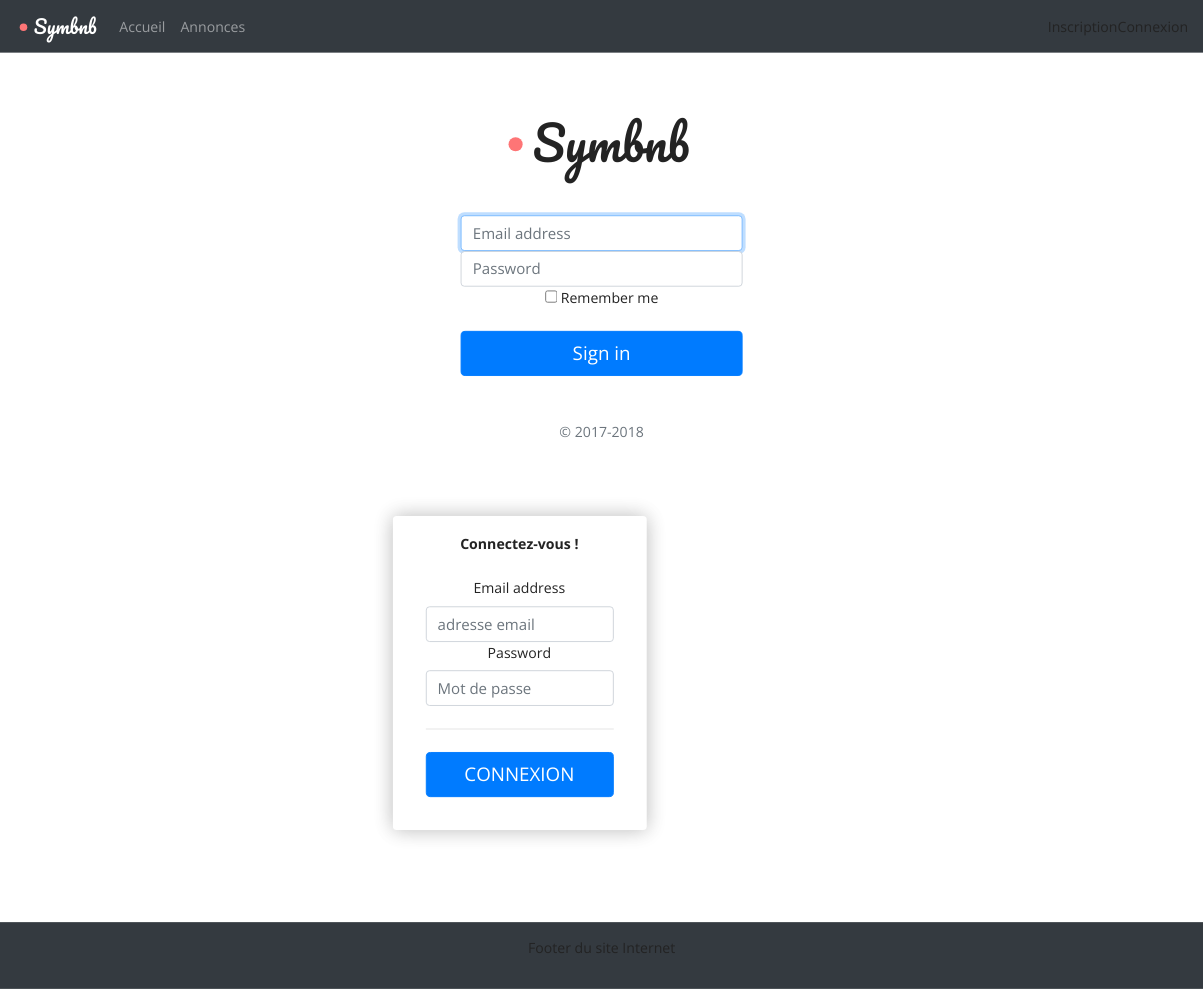
Repository: buzzEclair/symbnb
Page: templates/account/login.html.twig
An editor plug-in stored every save of this project. The page is shown before and after the next save, followed by the edit.
The browser window is 1280 px wide. The pictures show the whole page, at 94% of full size.
The page is a Twig template of a Symfony application; nobody is signed in and links lead nowhere. The template is opened directly, without the code that normally fills it, so the values that code supplies are empty.

Above is the page before, as saved 2019-03-15 14:10:22.

### templates/account/login.html.twig
{% extends 'base.html.twig' %}

{% block title %}Connectez vous !{% endblock %}

{% block body %}
<div class="container text-center">
        <form class="form-signin">
                <h1 class="logo mb-5">Symbnb</h1>

                {% if hasError %}
                    <div class="alert alert-danger">Une erreur est survenue, le nom d'utilisateur est invalide</div>
                 {% endif %}
                <label for="inputEmail" class="sr-only">Email address</label>
                <input type="email" id="inputEmail" class="form-control" placeholder="Email address" required="" autofocus="">
                <label for="inputPassword" class="sr-only">Password</label>
                <input type="password" id="inputPassword" class="form-control" placeholder="Password" required="">
                <div class="checkbox mb-3">
                  <label>
                    <input type="checkbox" value="remember-me"> Remember me
                  </label>
                </div>
                <button class="btn btn-lg btn-primary btn-block" type="submit">Sign in</button>
                <p class="mt-5 mb-3 text-muted">© 2017-2018</p>
              </form>
    <div class="row">
        <div class="col-sm-9 col-md-7 col-lg-5 mx-auto">
            <div class="card card-signin my-5">
            <div class="card-body">
                <h5 class="card-title text-center">Connectez-vous !</h5>



                <form class="form-signin" action="{{ path('account_login') }}" method="POST">
                <div class="form-label-group">
                    <label for="email">Email address</label>

                    <input type="text" class="form-control" name="_username" id="email" placeholder="adresse email" required autofocus value={{username}}>
                </div>

                <div class="form-label-group">
                    <label for="password">Password</label>
                    <input type="password" name="_password" id="password" placeholder="Mot de passe" class="form-control" required >

                </div>

                <hr class="my-4">
                <button class="btn btn-lg btn-primary btn-block text-uppercase" type="submit">Connexion</button>
                </form>
            </div>
            </div>
        </div>
    </div>
</div>
{% endblock %}

### templates/base.html.twig
<!DOCTYPE html>
<html>
    <head>
        <meta charset="UTF-8">
        <title>{% block title %}Welcome!{% endblock %}</title>
        <link rel="stylesheet" href="/css/bootstrap.min.css">
        <link rel="stylesheet" href="https://use.fontawesome.com/releases/v5.7.2/css/all.css" integrity="sha384-fnmOCqbTlWIlj8LyTjo7mOUStjsKC4pOpQbqyi7RrhN7udi9RwhKkMHpvLbHG9Sr" crossorigin="anonymous">
        <link href="https://fonts.googleapis.com/css?family=Open+Sans:400,600,700" rel="stylesheet">
        <link href="https://fonts.googleapis.com/css?family=Pacifico" rel="stylesheet">

        <link rel="stylesheet" href="/css/base.css">
        {% block stylesheets %}{% endblock %}
    </head>
    <body>

        {% include 'partials/header.html.twig' %}


        {% block body %}{% endblock %}
        {% include 'partials/footer.html.twig' %}
        <script src="/js/jquery.min.js"></script>
        <script src="/js/popper.min.js"></script>
        <script src="/js/bootstrap.min.js"></script>
        {% block javascripts %}{% endblock %}
    </body>
</html>

### templates/partials/header.html.twig
<nav class="navbar navbar-expand-md navbar-dark bg-dark">
    <a class="navbar-brand logo" href="{{path('homepage')}}"><span class="round-logo"></span>Symbnb</a>


    {% if is_granted('ROLE_ADMIN') %}
    <a href="{{path('admin_dashboard')}}">Dashboard</a>
    {% endif %}
    <button class="navbar-toggler" type="button" data-toggle="collapse" data-target="#navbarColor01" aria-controls="navbarColor01" aria-expanded="false" aria-label="Toggle navigation">
        <span class="navbar-toggler-icon"></span>
    </button>

    <div class="collapse navbar-collapse" id="navbarColor01">
        <ul class="navbar-nav mr-auto">
            <li class="">
                <a class="nav-link" href="{{path('homepage')}}">Accueil </a>
            </li>
            <li class="">
                <a class="nav-link" href="{{path('ads_index')}}">Annonces </a>
            </li>
        </ul>

        <ul class="navbar-nav ml-auto">
            {% if app.user %}
            <div class="dropdown">
                <button class="btn btn-dark dropdown-toggle btn-sm" type="button" id="dropdownMenuButton" data-toggle="dropdown" aria-haspopup="true" aria-expanded="false">
                    <img src="{{ app.user.picture }}" alt="{{ app.user.slug }}" class="rounded-circle user-avatar-nav" > {{app.user.firstName}}
                </button>
                <div class="dropdown-menu dropdown-menu-right dropdown-account" aria-labelledby="dropdownMenuButton ">
                    <a class="dropdown-item" href="{{ path('account_index') }}"><i class="fas fa-user-circle"></i> Mon compte</a>
                    <div class="dropdown-divider"></div>
                    <a class="dropdown-item" href="{{ path('ads_create') }}"><i class="fas fa-list-alt"></i> Créer une annonce</a>
                    <a class="dropdown-item" href="{{ path('account_bookings') }}"><i class="fas fa-book"></i> Mes réservations</a>
                    <a class="dropdown-item" href="{{ path('account_profile') }}"><i class="fas fa-info-circle"></i> Modifier mes informations</a>
                    <a class="dropdown-item" href="{{ path('account_update_password') }}"><i class="fas fa-key"></i> Changer de mot de passe</a>

                    <div class="dropdown-divider"></div>
                    <a class="dropdown-item" href="{{ path('account_logout') }}"><i class="fas fa-times-circle"></i> Logout</a>
                </div>
            </div>
            {% else %}
                <li class="nav-item">
                    <a href="{{ path('account_register') }}">Inscription</a>
                </li>
                <li class="nav-item">
                    <a href="{{ path('account_login') }}">Connexion</a>
                </li>
            {% endif %}

        </ul>

    </div>
</nav>

{% for label, messages in app.flashes %}
    <div class="container">
        <div class="alert alert-{{label}}">
            {% for message in messages %}
                <p>{{ message | raw }}</p>
            {% endfor %}
        </div>
    </div>
{% endfor %}

### templates/partials/footer.html.twig
<footer class="mt-5 bg-dark py-3 text-center mt-5">
    <p>Footer du site Internet</p>
</footer>

### public/css/base.css
body, a{
    color: #232323;
    font-family: 'Open Sans', sans-serif;
    font-size: 15px;
}

.logo{
    font-family: 'Pacifico', cursive;
    font-size: 20px;
    position: relative;
    margin-left: 20px;
}

.logo::before{
    content: '';
    position: absolute;
    width: 8px;
    height: 8px;
    border-radius: 100%;
    background: #fe7576;
    margin-top: 12px;
    margin-left: -15px;;
}

ul{
    padding: 0;
}

ul li{
    list-style: none;
}
.card-parameter-stars i{
    color: #008489;
    font-size: 12px;
    letter-spacing: -3px;
}

.datepicker table tr td.disabled{
    color: crimson !important;
    background: rgba(0, 0, 0, 0.815);
}

.container{
    margin-top: 50px;
}

.card{
    max-width: 270px;
    border: none;
    margin-bottom: 50px !important;
    box-shadow: 1px 1px 21px 0 rgba(0,0,0,0.14), -1px -1px 21px 0 rgba(0,0,0,0.14);
    transition-duration: 0.5s;
}

.card h6{
   font-size: 13px;
   font-weight: 600;
}

.card h5{
   font-size: 15px;
   font-weight: 900;
}

.card-ad img{
    min-height: 160px;
}

.card:hover{
    box-shadow: 1px 1px 21px rgba(254,117,118,0.4), -1px -1px 21px 0 rgba(254,117,118,0.4);
}

.card-info-1{
    font-size: 13px;
}

.card-info-2{
    font-size: 13px;
    font-weight: 600;
    margin-bottom: 0;
}

a:hover{
    text-decoration: none;
    color: #232323;
}

.title-page-header{
    margin-bottom: 40px;
}

.user-avatar-nav{
    width: 30px;
    margin-right: 5px;
}

.dropdown-account i {
    color: #008489;
}

.block-profile{
    box-shadow: 1px 1px 21px 0 rgba(0, 0, 0, 0.062), -1px -1px 21px 0 rgba(0, 0, 0, 0.062);
    border-radius: 4px;
    padding: 10px;
    margin-bottom: 30px;
}

.block-profile p{
    margin-bottom: 5px;
}

.block-profile .booking-profile .booking-profile-ligne{
    background: #f3f3f3;
    height: 80px;
    width: 100%;
    border-radius: 4px;
    display: flex;
    align-items: center;
    margin-bottom: 5px;
    margin-top: 5px;
}

.block-profile .booking-profile .booking-profile-ligne img{
    width: 60px;
    height: 60px;
    border-radius: 100%;
}

.block-profile .booking-profile .booking-profile-ligne .info-booking-profile{
    font-size: 11px;
    display: flex;
    flex-direction: column;
}

.block-profile .booking-profile .booking-profile-ligne .info-booking-profile span{
    margin-left: 10px;
}

.block-profile .booking-profile .booking-profile-ligne .info-booking-profile a{
    font-size: 10px;
    background: #fe7576;
    color: white;
}

.block-profile .ad-profile a img{
    width: 100px;
    height: 100px;
    border-radius: 100%;

}
.block-profile .ad-profile p{
    font-size: 13px;
    color: #008489;
}

.profile-option li{
    margin-top: 20px;
    font-size: 12px;
}

.ad-content{
    margin-top: 50px;
}

.ad-info h5{
    font-size: 15px;
    font-weight: 600;
}

.ad-info h4{
    font-size: 25px;
    font-weight: 900;
}

.ad-info h6{
    font-size: 15px;
}

.img-ad{
    padding:0;
}

.img-ad img{
   width: 100%;
}

.card-booking{
    max-width: 100%;
}

.card-booking .img-ad-user{
    height: 45px;
    border-radius: 100%;
}

span.price-booking{
    font-size: 21px;
    font-weight: 900;
}

.card-booking-stars{
    font-size: 13px;
}
.card-booking-stars .param-booking-stars i{
    color: #008489;
    font-size: 10px;
    letter-spacing: -3px;
}

.card-parameter-vote{
    margin-left: 5px;
}

.btn-booking{
    display: block;
    background: #fe7576;
    height: 42px;
    width: 80%;
    color: white;
    text-align: center;
    line-height: 40px;
}

.btn-booking:hover{
    color: white;
}
.media-comment{
    margin-bottom: 20px;
}
.media-comment img{
    width: 64px;
}

.media-comment h5{
    font-size: 15px;
}

.media-comment i{
    font-size: 11px;
    letter-spacing: -3px;
    color: #008489;
}

.media-body{
    background: #c4dedf;
    padding: 5px;
    border-radius: 4px;
}

.card-ad{
    margin: 0 auto;
}

.form-signin {
    width: 100%;
    max-width: 330px;
    padding: 15px;
    margin: 0 auto;
}

h1.logo{
    font-size: 50px;
}

h1.logo::before{
    width: 15px;
    height: 15px;
    margin-top: 25px;
    margin-left: -25px;
}

Loaded but not shown: public/css/bootstrap.min.css (library); public/js/jquery.min.js (library); public/js/popper.min.js (library); public/js/bootstrap.min.js (library)

After the next save:
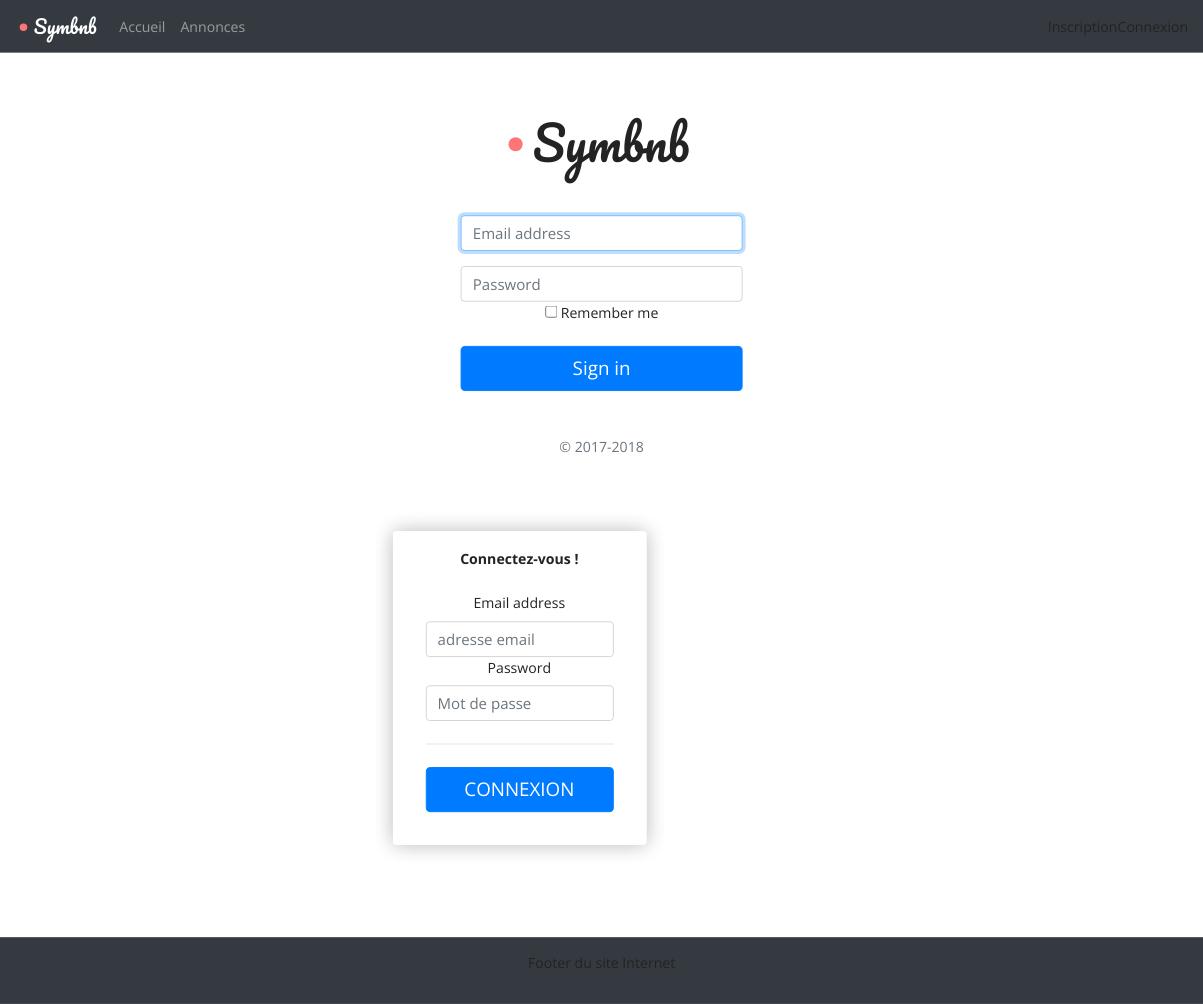
Saved 26 s later.
--- a/templates/account/login.html.twig
+++ b/templates/account/login.html.twig
@@ -11,9 +11,9 @@
                     <div class="alert alert-danger">Une erreur est survenue, le nom d'utilisateur est invalide</div>
                  {% endif %}
                 <label for="inputEmail" class="sr-only">Email address</label>
-                <input type="email" id="inputEmail" class="form-control" placeholder="Email address" required="" autofocus="">
+                <input type="email" id="inputEmail" class="form-control mt-3" placeholder="Email address" required="" autofocus="">
                 <label for="inputPassword" class="sr-only">Password</label>
-                <input type="password" id="inputPassword" class="form-control" placeholder="Password" required="">
+                <input type="password" id="inputPassword" class="form-control mt-3" placeholder="Password" required="">
                 <div class="checkbox mb-3">
                   <label>
                     <input type="checkbox" value="remember-me"> Remember me
